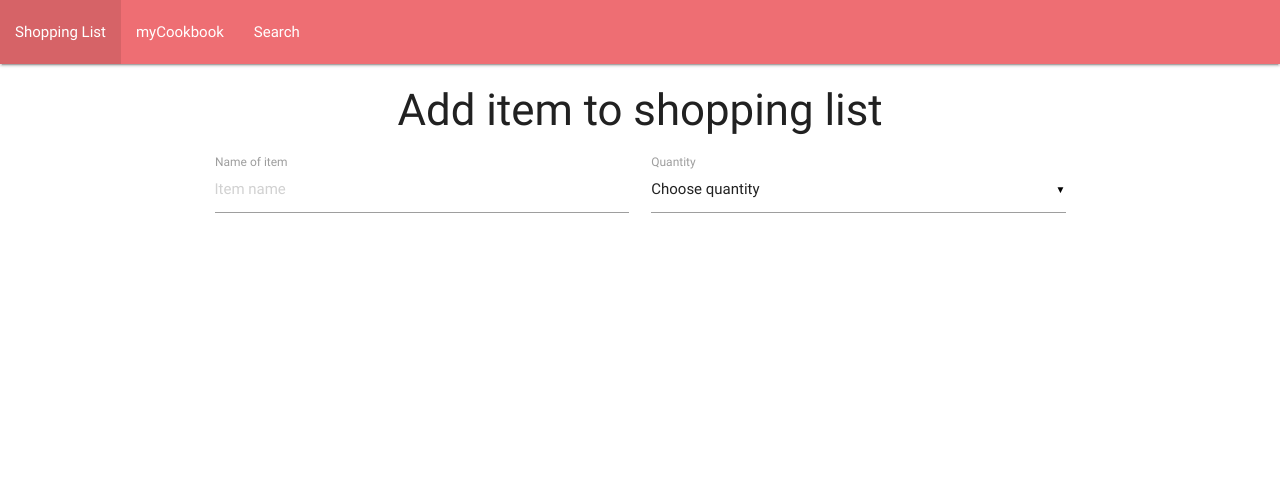
Repository: Code-Institute-Submissions/myCookbook-3
Page: http://localhost/add_item
The author's editor kept a record of every edit. The page is drawn from the files as they stood at one moment, then again after a run of edits.
The browser window is 1280 px wide. The pictures show the whole page.
Some web libraries are served in a nearby version. The page is served by the project's application, run on Flask 3 (app.py).

Above is the page before.
Console error: TypeError: Cannot read properties of null (reading 'addEventListener')

### templates/additem.html
{% extends 'base.html' %} {% block content %}

<div class="container">
<h3 class="center">Add item to shopping list</h3>
<div class="row">
    <form action="{{ url_for('insert_item') }}" method="POST" class="col s12">
        <div class="row">
        <div class="input-field col s12 m6">
            <!--<i class="material-icons prefix">add_shopping_cart</i>-->
            <input placeholder="Item name" id="shopping_item" type="text" class="validate">
            <label for="shopping_item">Name of item</label>
        </div>
        <div class="input-field col s12 m6">
            <select>
              <option value="" disabled selected>Choose quantity</option>
              <option value="1">1</option>
              <option value="2">2</option>
              <option value="3">3</option>
              <option value="4">4</option>
              <option value="5">5</option>
              <option value="6">6</option>
              <option value="7">7</option>
              <option value="8">8</option>
              <option value="9">9</option>
            </select>
            <label>Quantity</label>
        </div>
      </div>
</div>


</div>


{% endblock %}

### templates/base.html
<!DOCTYPE html>
<html lang="en">
<head>
    <meta charset="UTF-8">
    <meta name="viewport" content="width=device-width, initial-scale=1.0">
    <meta http-equiv="X-UA-Compatible" content="ie=edge">
    <title>myCookbook</title>
    <link href="https://fonts.googleapis.com/icon?family=Material+Icons" rel="stylesheet">
    <!-- Materialize css -->
    <link rel="stylesheet" href="https://cdnjs.cloudflare.com/ajax/libs/materialize/0.100.2/css/materialize.min.css">
    <link rel="stylesheet" href="{{ url_for('static', filename='styles.css') }}" type="text/css" />
</head>
<body>
    <nav>
    <div class="nav-wrapper">

      <!--<ul id="nav-mobile" class="center hide-on-med-and-down">-->
      <ul id="nav-mobile main-nav">
        <li><a href="{{ url_for('get_shopping') }}">Shopping List</a></li>
        <li><a href="{{ url_for('get_recipes') }}">myCookbook</a></li>
        <li><a href="#">Search</a></li>
      </ul>
    </div>
  </nav>
    {% block content %}
    {% endblock %}

    <script src="https://cdnjs.cloudflare.com/ajax/libs/jquery/3.2.1/jquery.min.js"></script>
    <script src="https://cdnjs.cloudflare.com/ajax/libs/materialize/0.100.2/js/materialize.min.js"></script>
    <script type="text/javascript">
        $(document).ready(function() {
            $('.collapsible').collapsible();
            $('select').material_select();
        });
        $('.datepicker').pickadate({
            selectMonths: true, // Creates a dropdown to control month
            selectYears: 15, // Creates a dropdown of 15 years to control year,
            today: 'Today',
            clear: 'Clear',
            close: 'Ok',
            closeOnSelect: false // Close upon selecting a date,
        });

      document.getElementById("matfix").addEventListener("click", function(e) {
	e.stopPropagation();
});
  </script>

</body>
</html>

### app.py
import os
from flask import Flask, render_template, redirect, request, url_for
from flask_pymongo import PyMongo
from bson.objectid import ObjectId

app = Flask(__name__)
app.config["MONGO_URI"] = os.getenv("MONGO_URI")
app.config["MONGO_DBNAME"] = 'myCookbook'


mongo = PyMongo(app)


@app.route('/')
@app.route('/get_shopping')
def get_shopping():
    return render_template("shoppinglist.html", shoppinglist=mongo.db.shoppinglist.find())

@app.route('/get_recipes')
def get_recipes():
    return render_template("recipes.html", recipe=mongo.db.recipes.find())

@app.route('/get_full_recipe')
def get_full_recipe():
    return render_template("full_recipe.html", recipe=mongo.db.recipes.find())

@app.route('/add_item')
def add_item():
    return render_template("additem.html")

@app.route('/add_recipe')
def add_recipe():
    return render_template("add_recipe.html")

@app.route('/insert_item', methods=['POST'])
def insert_item():
    items = mongo.db.shoppinglist
    items.insert_one(request.form.to_dict())
    return redirect(url_for('get_shopping'))

@app.route('/insert_recipe', methods=['POST'])
def insert_recipe():
    recipes = mongo.db.recipes
    recipes.insert_one(request.form.to_dict())
    return redirect(url_for('get_recipes'))

@app.route('/edit_item/<item_id>')
def edit_item(item_id):
    the_item = mongo.db.shoppinglist.find_one({"_id": ObjectId(item_id)})
    return render_template("edititem.html", item=the_item)

@app.route('/edit_recipe/<recipe_id>')
def edit_recipe(recipe_id):
    the_recipe = mongo.db.recipes.find_one({"_id": ObjectId(recipe_id)})
    return render_template("edit_recipe.html", recipe=the_recipe)

@app.route('/delete_item/<item_id>')
def delete_item(item_id):
    mongo.db.shoppinglist.remove({'_id':ObjectId(item_id)})
    return redirect(url_for('get_shopping'))

@app.route('/update_item/<item_id>', methods=["POST"])
def update_item(item_id):
    items = mongo.db.shoppinglist
    items.update( {'_id': ObjectId(item_id)},
    {
        'item_name':request.form.get('item_name'),
        'item_quantity':request.form.get('item_quantity'),
        'item_info': request.form.get('item_info')
    })
    return redirect(url_for('get_shopping'))

@app.route('/update_recipe/<recipe_id>', methods=["POST"])
def update_recipe(recipe_id):
    recipes = mongo.db.recipes
    recipes.update( {'_id': ObjectId(recipe_id)},
    {
        'recipe_name':request.form.get('recipe_name'),
        'prep_time':request.form.get('prep_time'),
        'cook_time': request.form.get('cook_time'),
        'recipe_desc': request.form.get('recipe_desc'),
        'ingredients': request.form.get('ingredients'),
        'method': request.form.get('method'),
        'image': request.form.get('image'),
        'is_vegetarian': request.form.get('is_vegetarian')

    })
    return redirect(url_for('get_full_recipe'))


if __name__ == '__main__':
    app.run(host=os.environ.get('IP'),
            port=int(os.environ.get('PORT')),
            debug=True)

### static/styles.css
.container .row {
    margin-left: auto;
    margin-right: auto;
}

.row .col.s9 {
    margin-left: 0;
}

.btn_small {
    height: 24px;
    width: 60px;
    line-height: 24px;
    margin: 5px 5px;
    padding: 0 0.5em;
}

.item_header {
    margin-top: 5px;
    padding-left: 25%;
    font-size: 20px;
}

.recipe_header {
    font-size: 20px;
    margin-left: 0;
}

.fullrec_header {
    margin-top: 30px;
}

.recipe_img {
    height: 200px;
    width: 240px;
    border-radius: 25px;
}

.img_resize {
    width:50%;
    height: auto;
    border-radius: 12%;
}

#veggie {
    height:30px;
    width: auto;
}

.btn-remove {
    width: 80px;
}

.recipe_buttons {
    margin-bottom: 30px;
}

#main-nav {
    font-size: 24px;
}

.nav-wrapper {
    text-align: center;
}

.edit-btn {
    text-align: right;
    padding-left:10px;
}

#shopping-header {
    text-align: center;
}

.add_can_btns {
    text-align: center;
}

#prep_para {
    margin-top: 0;
}

After the next 2 edits:
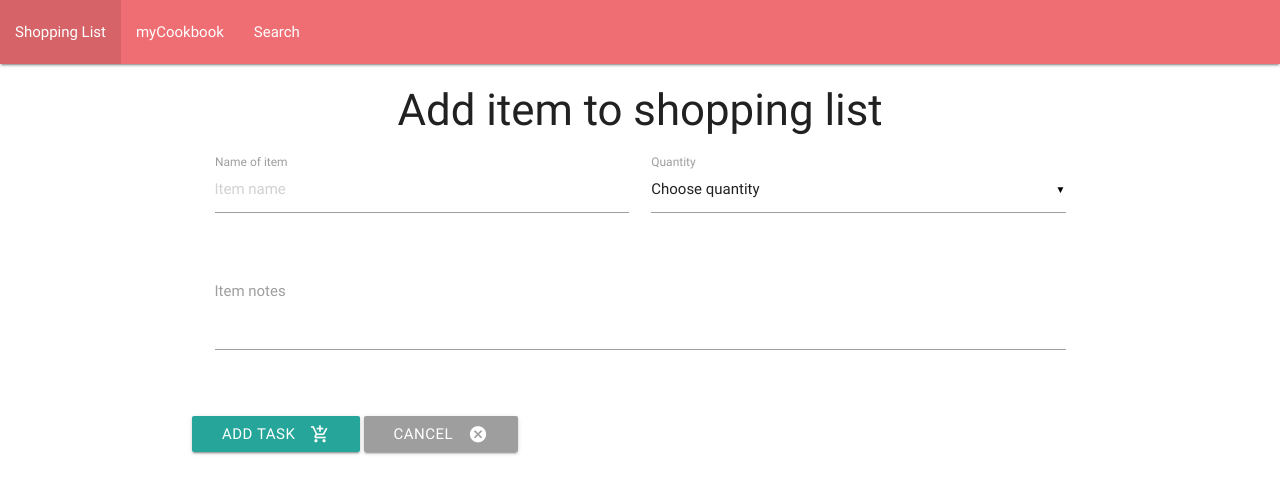
The 2 edits are shown as one change because 1 did not build or start.
The edit:
--- a/templates/additem.html
+++ b/templates/additem.html
@@ -26,7 +26,21 @@
             <label>Quantity</label>
         </div>
       </div>
+      <div class="row">
+        <div class="input-field col s12">
+          <textarea id="item_notes" class="materialize-textarea"></textarea>
+          <label for="item_notes">Item notes</label>
+        </div>
+      </div>
 </div>
+<div class="row">
+            <button class="btn waves-effect waves-light" type="submit" name="action">Add Task
+    <i class="material-icons right">add_shopping_cart</i>
+  </button>
+  <a href="{{ url_for('get_shopping') }}" class="waves-effect waves-light btn grey">
+                <i class="material-icons right">cancel</i>Cancel
+            </a>
+        </div>
 
 
 </div>
